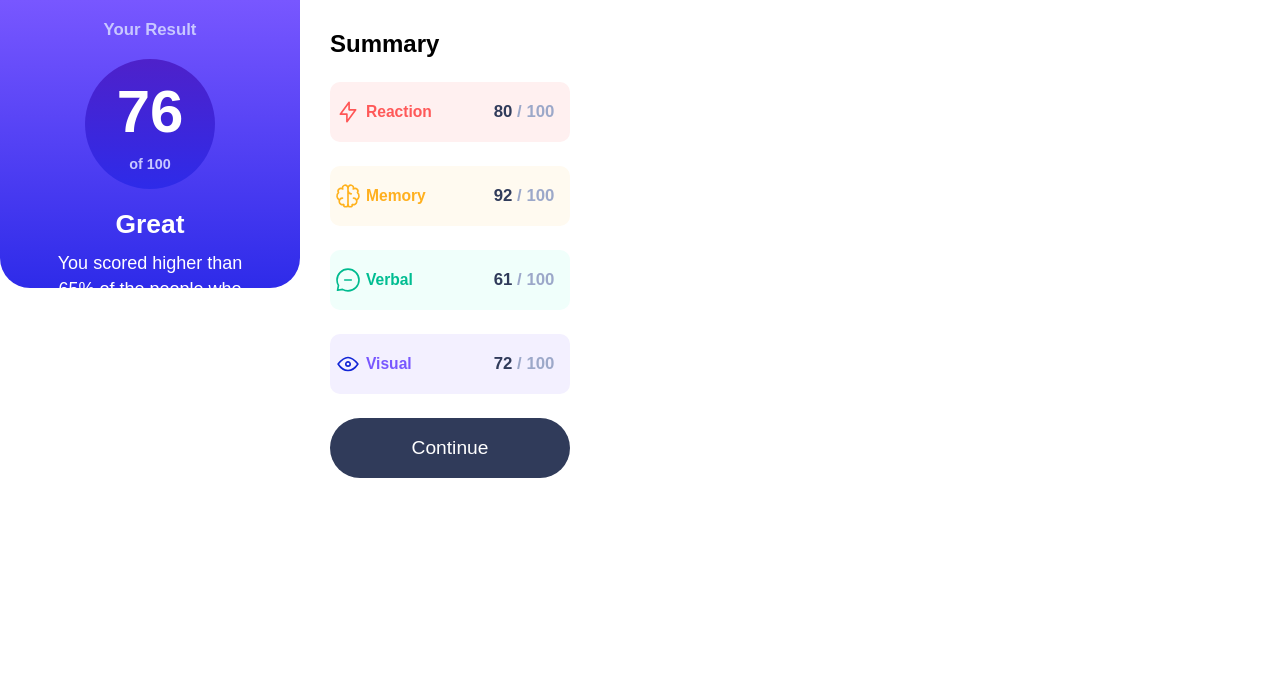
Repository: limaneto/frontend-mentor-results-summary
Page: index.html
These files come from the project's save history. The page is drawn as it stood at one moment and after the next save; the edit follows.
The browser window is 1280 px wide. The pictures show the whole page.

Above is the page before, as saved 2023-11-06 10:30:49.

After the next save:
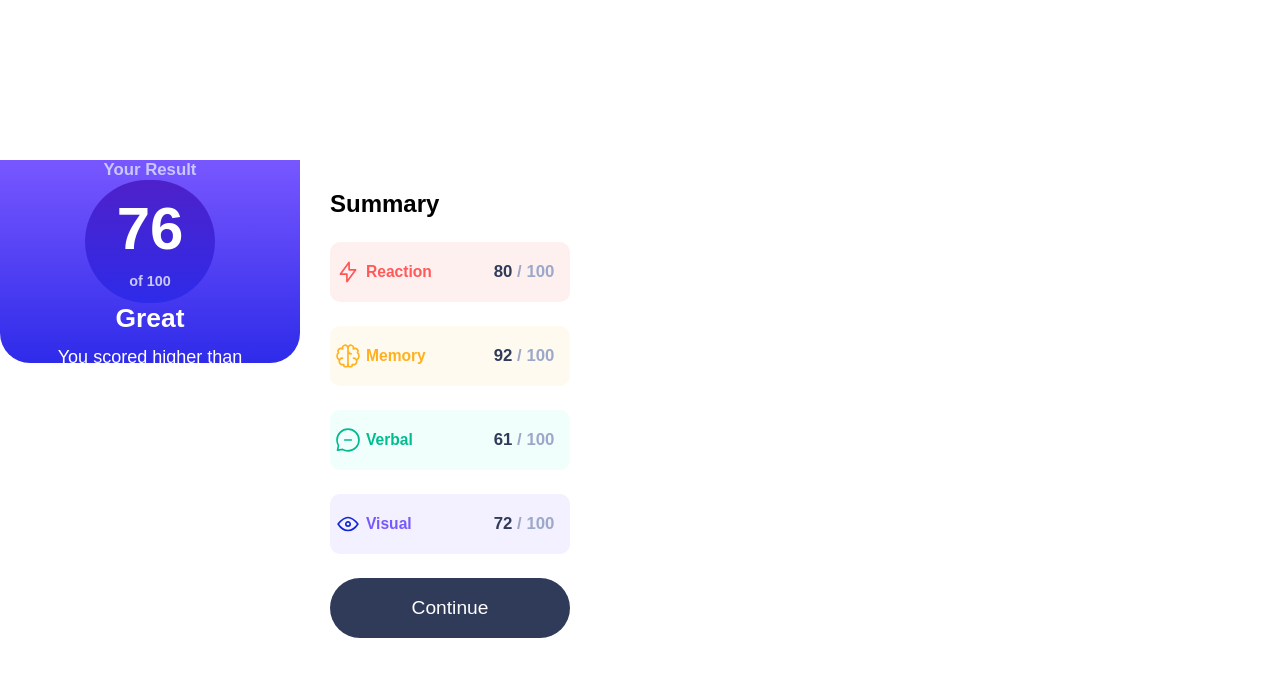
Saved 8 s later.
--- a/style.css
+++ b/style.css
@@ -172,6 +172,7 @@ summary > button {
 
   main {
     max-width: 600px;
+    max-height: 400px;
     display: grid;
     place-self: center;
     grid-template-columns: 1fr 1fr;
